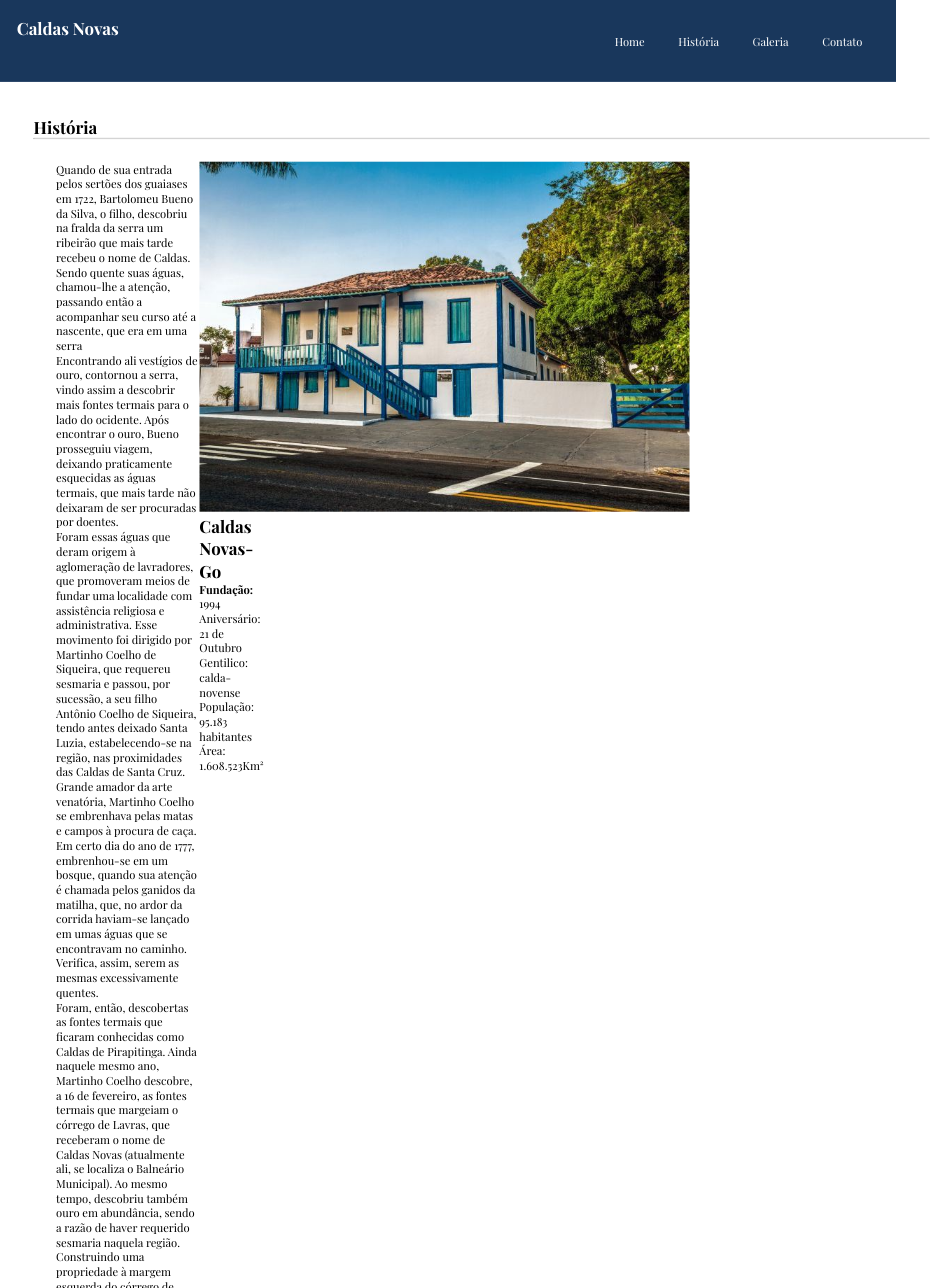
Repository: AbiezerSidonioJoseOdanacaJunior/DesafioLocalTuristico
Page: index.html
The author's editor kept a copy of each file at every save. The page is drawn from the files as they stood at one save, then again after the next save.
The browser window is 1280 px wide. The page is 1352 px wide, so the pictures cover 1352 px, including what lies to the right of the window. The pictures show the part of the page from y = 0 to 1840 px (the page is 2663 px tall before and 2893 px after), at 70% of full size.
Some web fonts or font styles are not loaded; a fallback is used.

Above is the page before, as saved 2024-11-11 15:52:49.

### index.html
<!DOCTYPE html>
<html lang="pt-br">
<head>
    <link rel="preconnect" href="https://fonts.googleapis.com">
    <link rel="preconnect" href="https://fonts.gstatic.com" crossorigin>
    <meta charset="UTF-8">
    <meta name="viewport" content="width=device-width, initial-scale=1.0">
    <title>Caldas Novas</title>
    <link rel="stylesheet" href="./css/style.css">
    <link href="https://fonts.googleapis.com/css2?family=Alice&family=Playfair+Display:ital,wght@0,400..900;1,400..900&display=swap" rel="stylesheet">
</head>
<body>
    <div id="page">
        <nav>
            <!-- <img src="./img/clds.png" alt="logo Caldas novas"> -->
             <h1>Caldas Novas</h1>
            <ul>
                <li><a href="#home">Home</a></li>
                <li><a href="#history">História</a></li>
                <li><a href="#gallery">Galeria</a></li>
                <li><a href="#contact">Contato</a></li>
            </ul>
        </nav>
        <main>
            <section id="history">
                <h1>História</h1>
                <hr>
               <div id="about">
                <div id="text-history">
                    <p>Quando de sua entrada pelos sertões dos guaiases em 1722, Bartolomeu Bueno da Silva, o filho, descobriu na fralda da serra um ribeirão que mais tarde recebeu o nome de Caldas. Sendo quente suas águas, chamou-lhe a atenção, passando então a acompanhar seu curso até a nascente, que era em uma serra</p>
                    <p>Encontrando ali vestígios de ouro, contornou a serra, vindo assim a descobrir mais fontes termais para o lado do ocidente. Após encontrar o ouro, Bueno prosseguiu viagem, deixando praticamente esquecidas as águas termais, que mais tarde não deixaram de ser procuradas por doentes.</p>
                    <p>Foram essas águas que deram origem à aglomeração de lavradores, que promoveram meios de fundar uma localidade com assistência religiosa e administrativa. Esse movimento foi dirigido por Martinho Coelho de Siqueira, que requereu sesmaria e passou, por sucessão, a seu filho Antônio Coelho de Siqueira, tendo antes deixado Santa Luzia, estabelecendo-se na região, nas proximidades das Caldas de Santa Cruz.</p>
                    <p>Grande amador da arte venatória, Martinho Coelho se embrenhava pelas matas e campos à procura de caça.</p>
                    <p>Em certo dia do ano de 1777, embrenhou-se em um bosque, quando sua atenção é chamada pelos ganidos da matilha, que, no ardor da corrida haviam-se lançado em umas águas que se encontravam no caminho. Verifica, assim, serem as mesmas excessivamente quentes.</p>
                    <p>Foram, então, descobertas as fontes termais que ficaram conhecidas como Caldas de Pirapitinga. Ainda naquele mesmo ano, Martinho Coelho descobre, a 16 de fevereiro, as fontes termais que margeiam o córrego de Lavras, que receberam o nome de Caldas Novas (atualmente ali, se localiza o Balneário Municipal). Ao mesmo tempo, descobriu também ouro em abundância, sendo a razão de haver requerido sesmaria naquela região. Construindo uma propriedade à margem esquerda do córrego de Lavras, ali se estabeleceu, denominando o local de Fazenda das Caldas, dedicando-se à extração de ouro que existia em abundância.</p>
                    <p>Propagada a existência do ouro das Lavras, levas de garimpeiros dirigiram-se ao local no afã de fazer fortuna. O serviço de garimpagem dia a dia tornava-se mais intenso, formando-se grandes lavras ao longo do córrego, pouco acima das fontes. Por esse motivo, recebeu o nome de córrego das Lavras. Não ·apenas os garimpeiros atraíam os forasteiros como também as fontes termais arrastavam ao local certo número de enfermos.</p>
                    <p>Com o movimento, foram sendo construídas as primeiras habitações que se enfileiravam ao longo do córrego, nas imediações da fazenda Caldas, formando-se ‘assim a primeira povoação, que fica hoje ao lado oposto da atual cidade de Caldas Novas, na margem esquerda do ribeirão.</p>
                </div>
                <div id="image-history">
                    <img src="./img/imghistory.jpg" alt="Imagem Caldas">
                    <h2>Caldas Novas-Go</h2>
                    <p><b>Fundação:</b> 1994 </p>
                    <p>Aniversário: 21 de Outubro </p>
                    <p>Gentilico: calda-novense </p>
                    <p>População: 95.183 habitantes</p>
                    <p>Área: 1.608.523Km²</p>
                </div>
               </div>
            </section>
        </main>
    </div>

</body>
</html>

### css/style.css
* {
    padding: 0;
    margin: 0;
}
body{
    font-family: "Playfair Display", serif;
}

nav {
    display: flex;
    background-color: #19375c;
}

nav img {
    width: 116px;
    height: 92px;
}

nav h1{
    color:#fff;
    padding: 24px;
}

ul{
    display: flex;
    padding: 24px;
    margin-left: auto;
}

ul li {
    padding: 24px;
    list-style: none;
}

ul li a {
    text-decoration: none;
    color: #fff;
}

#history {
    width: 100%;
    padding: 24px;
    margin: 24px;
}

#about {
    width: 100%;
    display: flex;
    margin: 16px;
    padding: 16px;
}

#about, #text-history {
    width: 80%;
}

#about, #image-history {
    width: 20%;
}

After the next save:
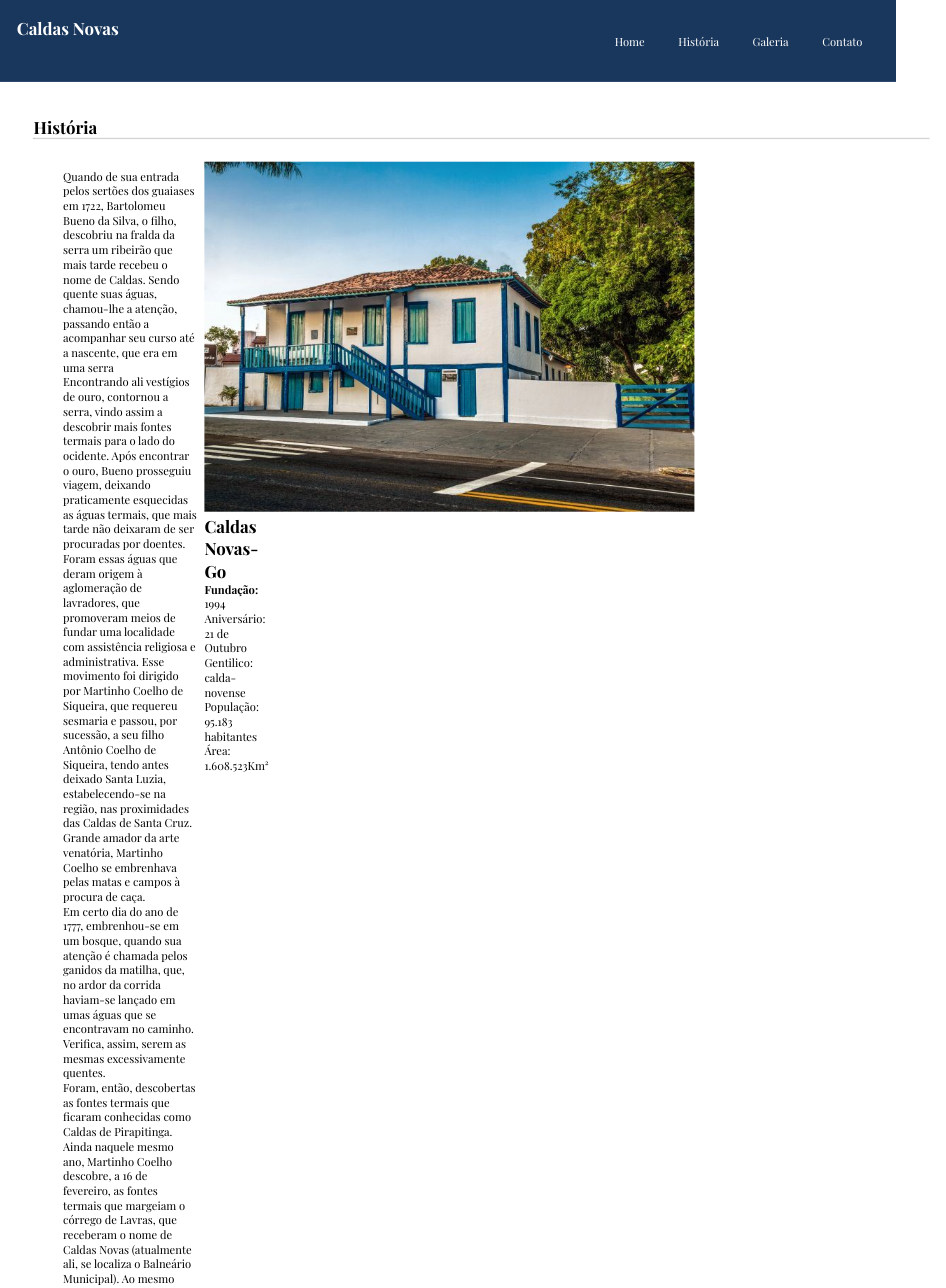
Saved 2 min 50 s later.
--- a/css/style.css
+++ b/css/style.css
@@ -50,8 +50,9 @@
     padding: 16px;
 }
 
-#about, #text-history {
-    width: 80%;
+#text-history {
+    flex: 0 0 75%; /* Ocupa 75% da largura */
+    padding: 10px;
 }
 
 #about, #image-history {
